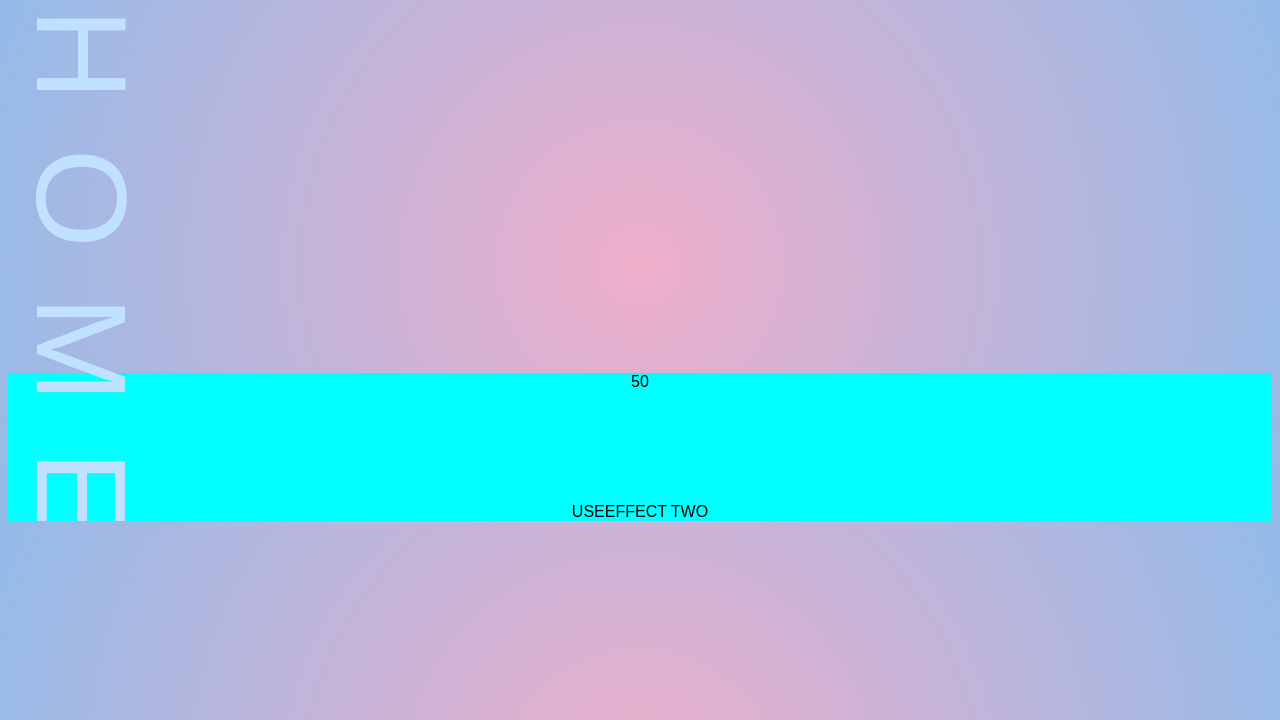
Repository: juliet-jskim/week-8-useEffect-carousel
Page: /useEffectTwo
An editor plug-in stored every save of this project. The page is shown before and after the next save, followed by the edit.
The browser window is 1280 px wide. The pictures show the whole page.
The project was rebuilt for these pictures with package versions that can differ from the ones it lists, and the page was loaded fresh each time. The framework's server and built-in components were replaced by stand-ins that run in the browser. Also part of the build but not shown: next.config.js.

Above is the page before, as saved 2023-02-20 23:01:44.

After the next save:
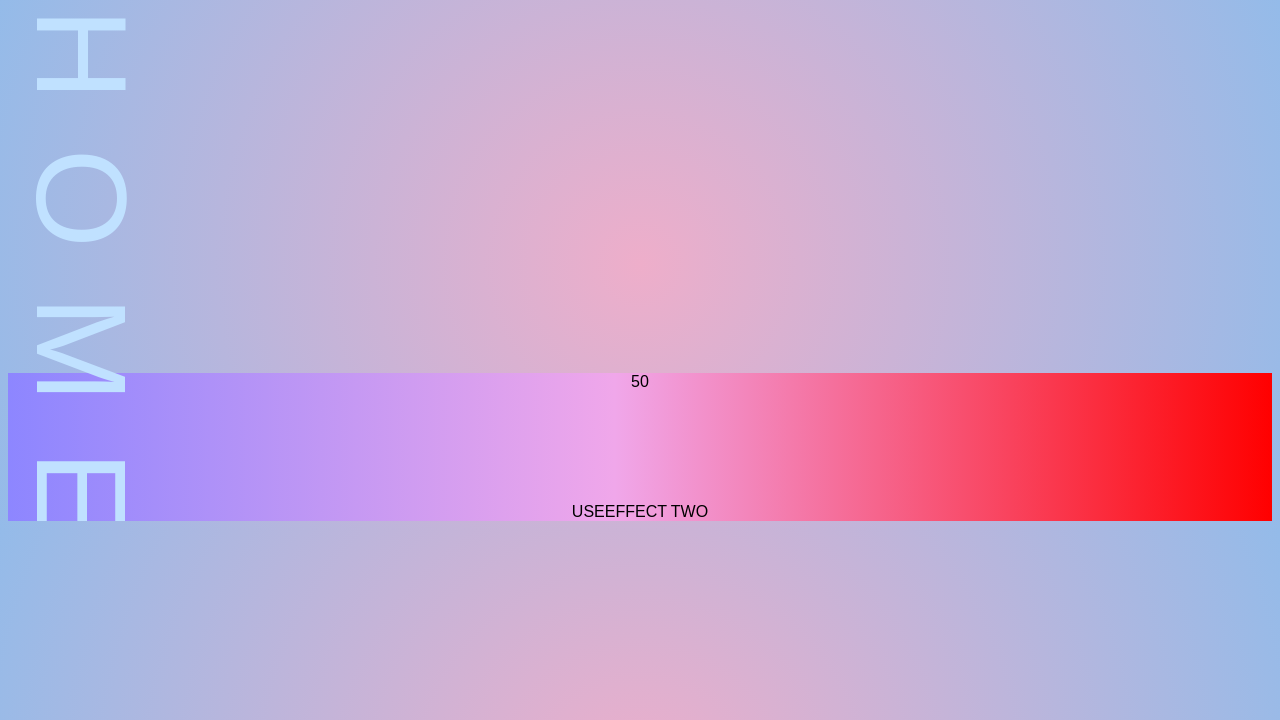
Saved 34 s later.
--- a/styles/UseEffectTwo.module.css
+++ b/styles/UseEffectTwo.module.css
@@ -21,6 +21,7 @@
     align-items: center;
     gap: 7rem;
     margin-top: -13.2rem;
-    background-color: aqua;
+    background: rgb(141,134,255);
+    background: linear-gradient(90deg, rgba(141,134,255,1) 0%, rgba(240,167,234,1) 48%, rgba(255,0,0,1) 100%);
     z-index: -1;
 }
